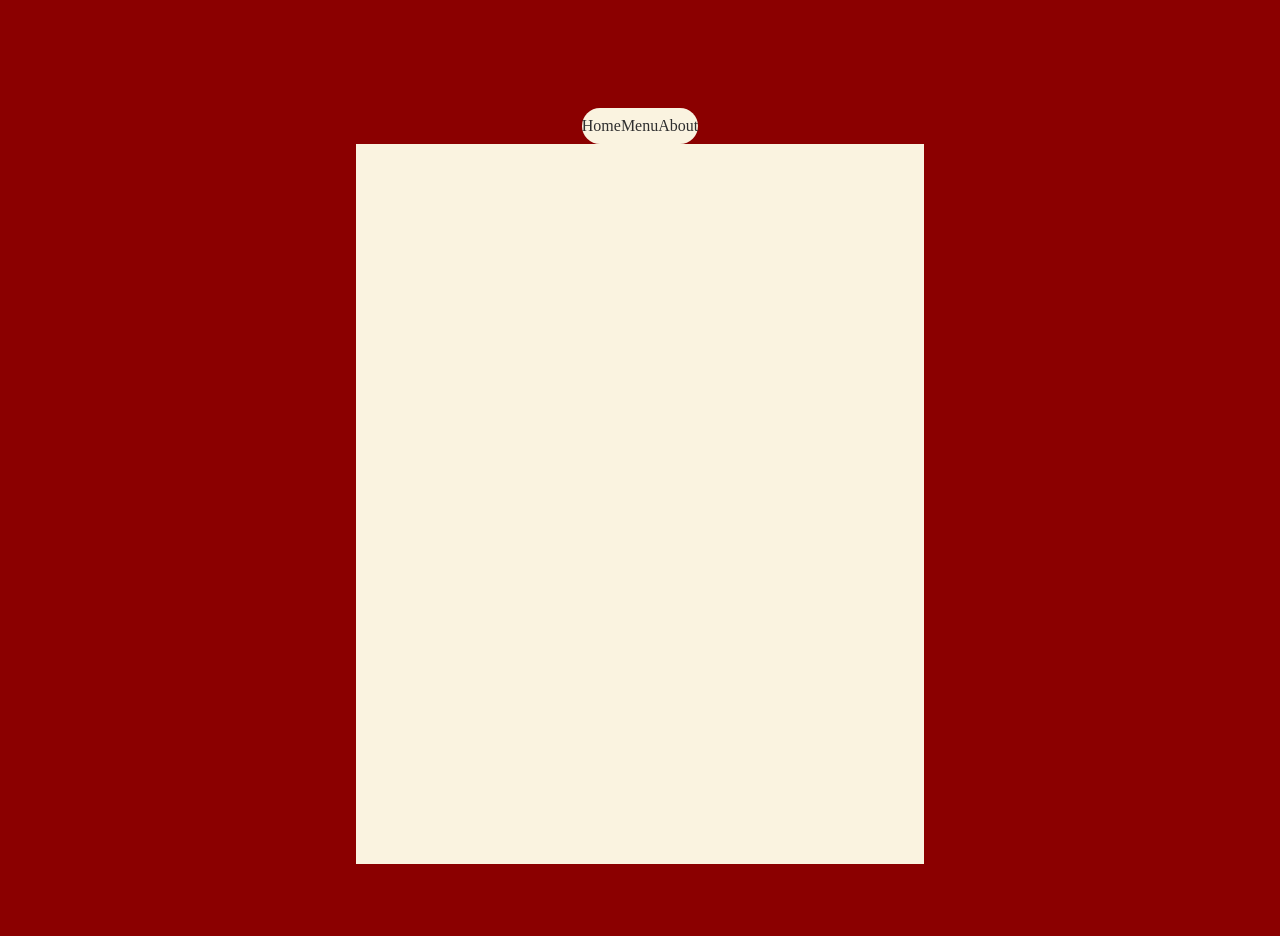
Repository: Dimitris2031/Restaurant-Front-page
Page: / (app in webpack-practice/)
The author's editor kept a copy of each file at every save. The page is drawn from the files as they stood at one save, then again after the next save.
The browser window is 1280 px wide. The pictures show the whole page.
The project was rebuilt for these pictures with package versions that can differ from the ones it lists, and the page was loaded fresh each time. Also part of the build but not shown: webpack-practice/webpack.config.js.

Above is the page before, as saved 2025-09-10 10:42:50.

### webpack-practice/src/template.html
<!DOCTYPE html>
<html lang="en">
<head>
  <meta charset="UTF-8">
  <title>Webpack Practice</title>
</head>
<body>
  <header>
    <div class="nav-container">
        <nav>Home</nav>
        <nav>Menu</nav>
        <nav>About</nav>
    </div>
  </header>
  <div id="content"></div>
</body>
</html>

### webpack-practice/src/index.js
// src/index.js
import "./styles.css";
// import odinImage from "./odin.png";
import { greeting } from "./greeting.js";
const image = document.createElement("img");
// image.src = odinImage;

// document.body.appendChild(image);

console.log(greeting);

### webpack-practice/src/styles.css
*{
  margin: 0;
  padding: 0;

}

/* styles.css */
body {
  background-color: #8B0000;
  display: flex;
  flex-direction: column;
  align-items: center;
  margin: 10vh;
}

header{
  display:flex;
  justify-content:center;
  align-items:end;
  gap: 5%;
  height: 10vh;
}

.nav-container{
  display:flex;
  justify-content:space-around;
  align-items:center;

  height: 50%;
  background-color: #FAF3E0;
  border-radius: 20px;
}

nav{
  color: #2F2F2F;
}

#content{
  height: 100vh;
  background-color: #FAF3E0;
  width: 50%;
}

### webpack-practice/src/greeting.js
// greeting.js


function home(){

}

function menu(){

}

function contact(){

}

After the next save:
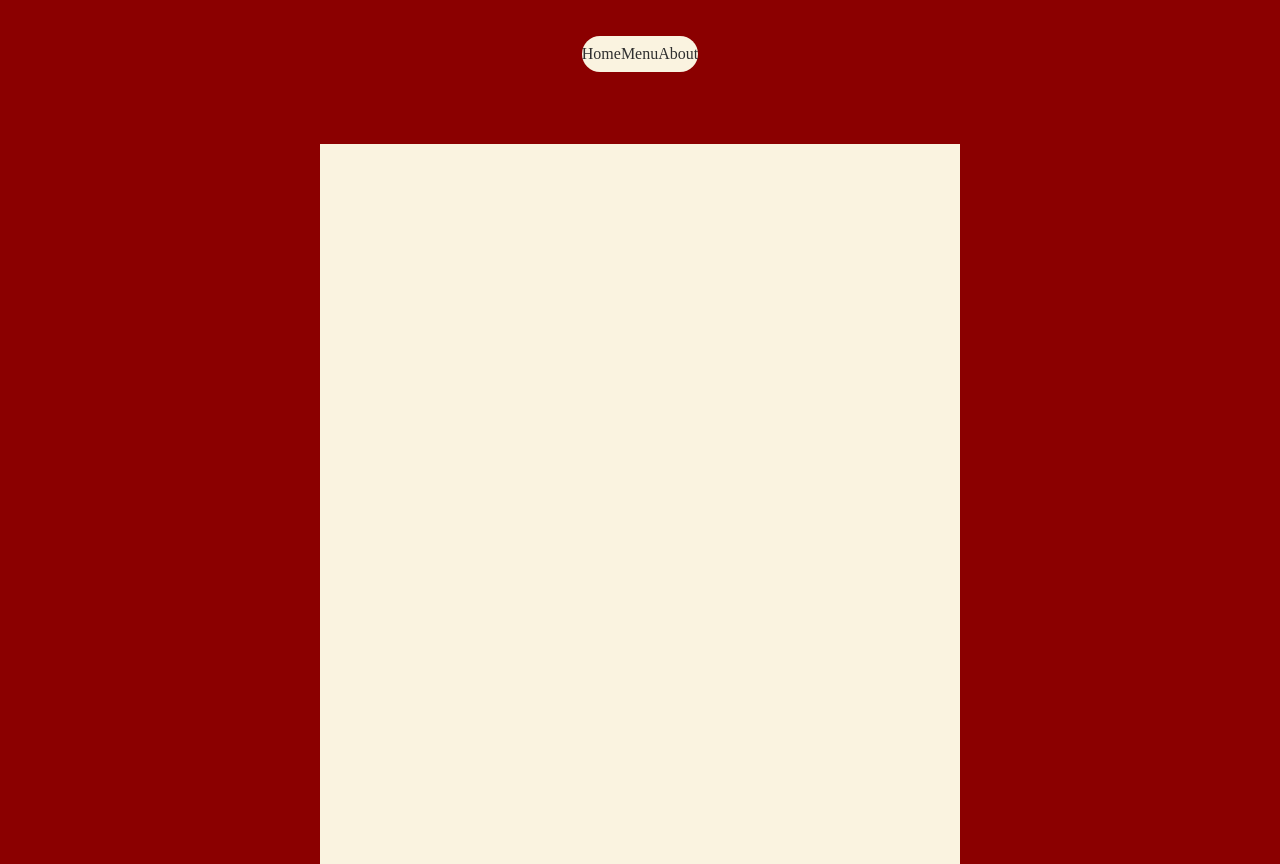
Saved 4 s later.
--- a/webpack-practice/src/styles.css
+++ b/webpack-practice/src/styles.css
@@ -10,7 +10,7 @@ body {
   display: flex;
   flex-direction: column;
   align-items: center;
-  margin: 10vh;
+  gap: 10vh;
 }
 
 header{
